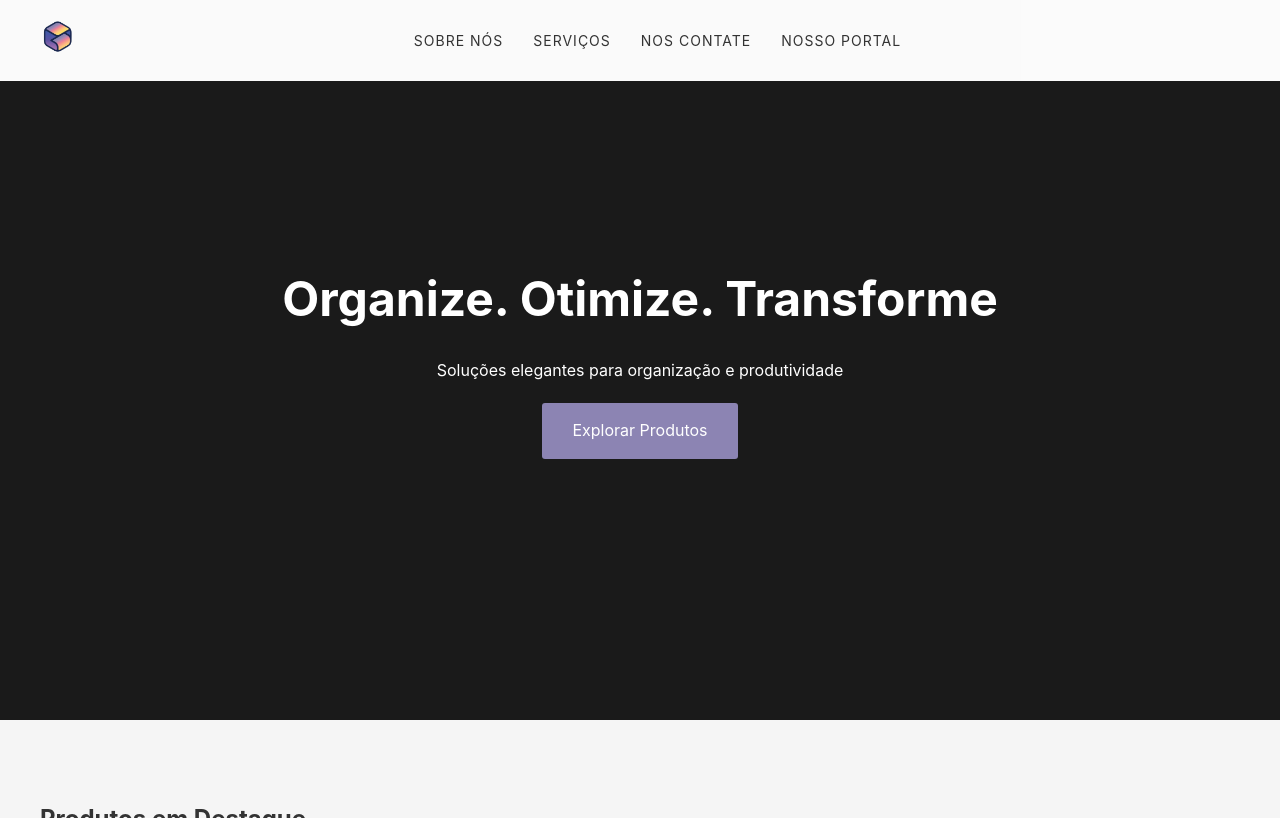
Repository: Gabrielb0rn/0EasyDesk.io
Page: index.html
These files come from the project's save history. The page is drawn as it stood at one moment and after the next save; the edit follows.
The browser window is 1280 px wide. The pictures show the part of the page from y = 0 to 818 px (the page is 1927 px tall).
A picture or video elsewhere on the page could not be fetched, so the positions and the page height are approximate.

Above is the page before, as saved 2024-10-31 15:07:47.

### index.html
<!DOCTYPE html>
<html lang="pt-BR">
<head>
    <meta charset="UTF-8">
    <meta name="viewport" content="width=device-width, initial-scale=1.0">
    <title>EasyDesk</title>
    <link rel="stylesheet" href="css/main.css">
</head>
<body>
    <!-- Header Minimalista -->
    <header class="main-header">
        <nav class="nav-container">
            <div class="logo">
                <a href="/index.html"><img src="css\icons\favicon\favicon.ico" alt="EasyDesk" width="35" height="auto"></a>
            </div>
            <ul class="nav-menu">
                <li><a href="/about.html">Sobre nós</a></li>
                <li><a href="/services">Serviços</a></li>
                <li><a href="/contact">Nos contate</a></li>
                <li><a href="/login">Nosso portal</a></li>
            </ul>
            <div class="nav-icons">
                <a href="/busca"><i class="search-icon"></i></a>
                <a href="/carrinho"><i class="cart-icon"></i></a>
            </div>
        </nav>
    </header>

    <!-- Hero Section com Imagem Full-width -->
    <section class="hero">
        <div class="hero-content">
            <h1>Organize. Otimize. Transforme</h1>
            <p>Soluções elegantes para organização e produtividade</p>
            <a href="/produtos" class="cta-button">Explorar Produtos</a>
        </div>
    </section>

    <!-- Seção de Produtos em Destaque -->
    <section class="featured-products">
        <h2>Produtos em Destaque</h2>
        <div class="product-grid">
            <!-- Repetir para cada produto -->
            <div class="product-card">
                <img src="produto1.jpg" alt="Produto 1">
                <h3>Nome do Produto</h3>
                <p>Descrição breve</p>
                <span class="price">R$ 199,00</span>
            </div>
        </div>
    </section>
    <script src="js/main.js"></script>
</body>
</html>

### css/main.css
/* Reset e Variáveis */
:root {
    --primary-color: #1a1a1a;
    --secondary-color: #f5f5f5;
    --accent-color: #8C84B3;
    --text-color: #333;
    --spacing-unit: 8px;
}

* {
    margin: 0;
    padding: 0;
    box-sizing: border-box;
}

body {
    font-family: -apple-system, BlinkMacSystemFont, 'Segoe UI', Roboto, sans-serif;
    line-height: 1.6;
    color: var(--text-color);
}

/* Header */
.main-header {
    position: fixed;
    top: 0;
    width: 100%;
    background: rgba(255, 255, 255, 0.98);
    padding: 20px 40px;
    z-index: 1000;
}

.nav-container {
    display: flex;
    justify-content: space-between;
    align-items: center;
    max-width: 1400px;
    margin: 0 auto;
}

.nav-menu {
    display: flex;
    gap: 30px;
    list-style: none;
}

.nav-menu a {
    text-decoration: none;
    color: var(--text-color);
    font-size: 14px;
    text-transform: uppercase;
    letter-spacing: 1px;
}

/* Hero Section */
.hero {
    height: 100vh;
    background-size: cover;
    background-position: center;
    display: flex;
    align-items: center;
    justify-content: center;
    text-align: center;
    color: white;
    background-color: var(--primary-color);
}

.hero-content {
    max-width: 800px;
    padding: 0 20px;
}

.hero h1 {
    font-size: 48px;
    margin-bottom: 20px;
}

.cta-button {
    display: inline-block;
    padding: 15px 30px;
    background: var(--accent-color);
    color: white;
    text-decoration: none;
    border-radius: 3px;
    margin-top: 20px;
}

/* Produtos */
.featured-products {
    padding: 80px 40px;
    background: var(--secondary-color);
}

.product-grid {
    display: grid;
    grid-template-columns: repeat(auto-fit, minmax(300px, 1fr));
    gap: 40px;
    max-width: 1400px;
    margin: 0 auto;
}

.product-card {
    text-align: center;
}

.product-card img {
    width: 100%;
    height: auto;
    margin-bottom: 20px;
}

### js/main.js
// Adicionar ao seu arquivo script.js
document.addEventListener('DOMContentLoaded', () => {
  // Animação suave no scroll
  document.querySelectorAll('a[href^="#"]').forEach(anchor => {
      anchor.addEventListener('click', function (e) {
          e.preventDefault();
          document.querySelector(this.getAttribute('href')).scrollIntoView({
              behavior: 'smooth'
          });
      });
  });

  // Header transparente que muda com scroll
  window.addEventListener('scroll', () => {
      const header = document.querySelector('.main-header');
      if (window.scrollY > 50) {
          header.classList.add('scrolled');
      } else {
          header.classList.remove('scrolled');
      }
  });
});

After the next save:
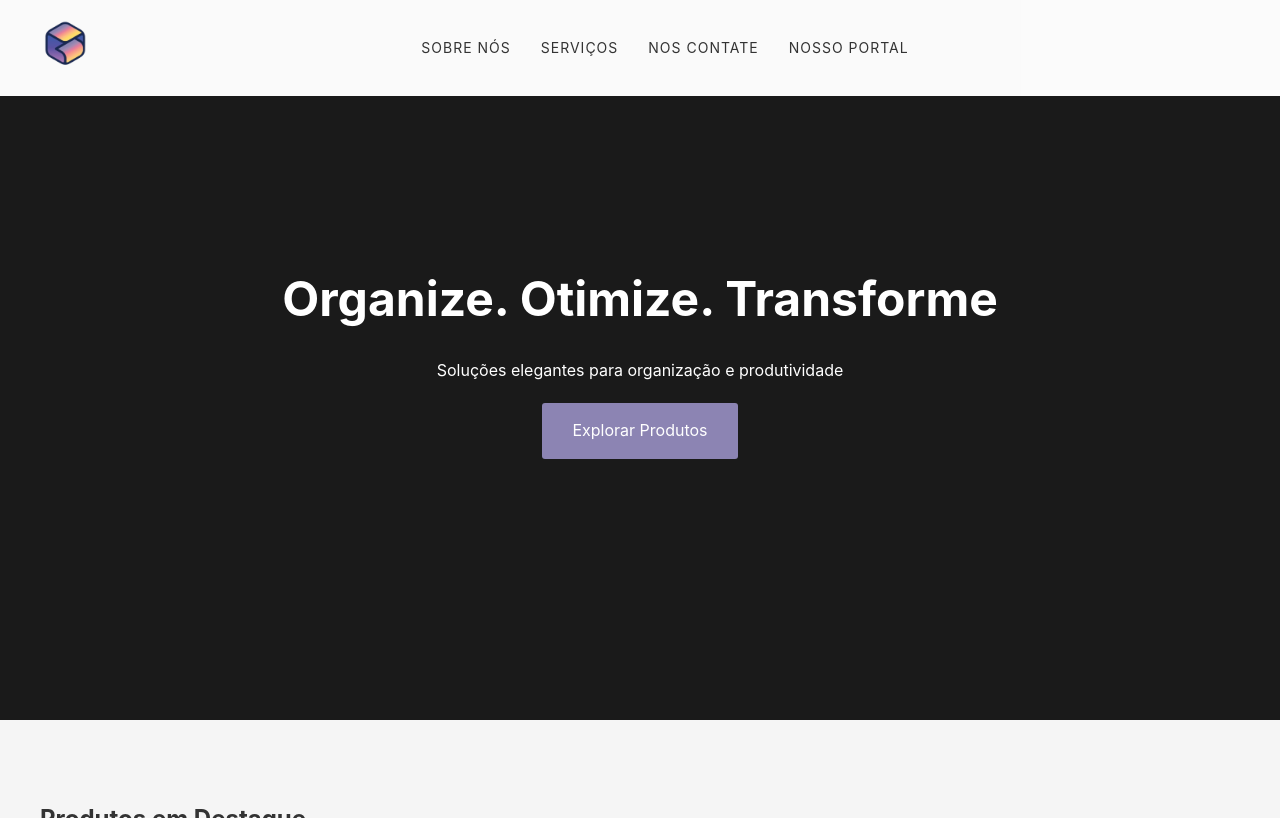
Saved 6 s later.
--- a/index.html
+++ b/index.html
@@ -11,7 +11,7 @@
     <header class="main-header">
         <nav class="nav-container">
             <div class="logo">
-                <a href="/index.html"><img src="css\icons\favicon\favicon.ico" alt="EasyDesk" width="35" height="auto"></a>
+                <a href="/index.html"><img src="css\icons\favicon\favicon.ico" alt="EasyDesk" width="50" height="auto"></a>
             </div>
             <ul class="nav-menu">
                 <li><a href="/about.html">Sobre nós</a></li>
